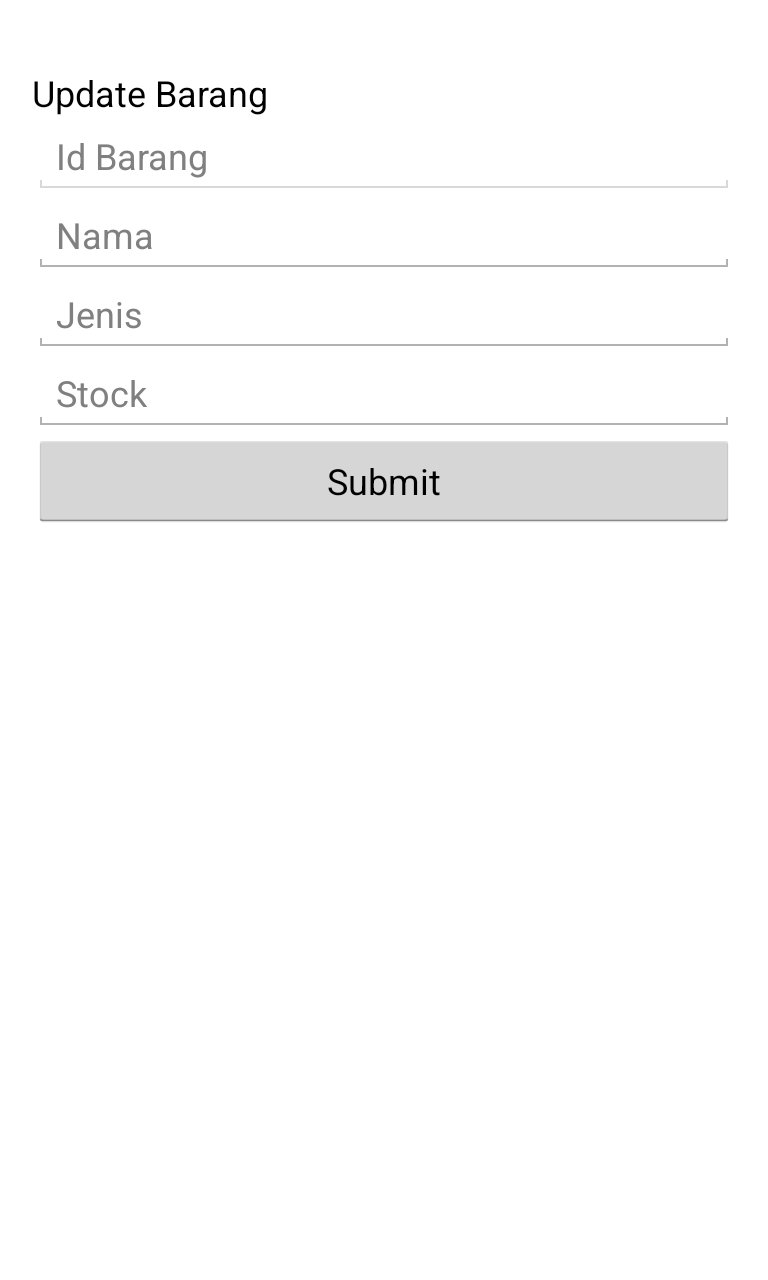
Repository: kisahtegar/UnipiLabs
Layout: GudangKisah/res/layout/activity_update_data.xml
These files come from the project's save history. The layout is drawn as it stood at one moment and after a run of saves; the edit follows.
It is drawn on a 768 x 1280 px phone screen (xhdpi) without system bars, with theme AppTheme; the app's code is not run.

Above is the layout before, as saved 2024-07-31 04:37:11.

### GudangKisah/res/layout/activity_update_data.xml
<!-- activity_update_data.xml -->
<LinearLayout xmlns:android="http://schemas.android.com/apk/res/android"
    android:layout_width="match_parent"
    android:layout_height="match_parent"
    android:orientation="vertical"
    android:padding="16dp">

    <TextView
        android:id="@+id/textView1"
        android:layout_width="wrap_content"
        android:layout_height="wrap_content"
        android:textAppearance="?android:attr/textAppearanceMedium"
        android:layout_marginTop="18dp"
        android:text="@string/update_barang" />

    <EditText
        android:id="@+id/id_barang"
        android:layout_width="match_parent"
        android:layout_height="wrap_content"
        android:hint="@string/id_barang"
        android:enabled="false" />

    <EditText
        android:id="@+id/nama"
        android:layout_width="match_parent"
        android:layout_height="wrap_content"
        android:hint="@string/nama" />

    <EditText
        android:id="@+id/jenis"
        android:layout_width="match_parent"
        android:layout_height="wrap_content"
        android:hint="@string/jenis"/>

    <EditText
        android:id="@+id/stock"
        android:layout_width="match_parent"
        android:layout_height="wrap_content"
        android:hint="@string/stock"/>

    <Button
        android:id="@+id/submit_button"
        android:layout_width="match_parent"
        android:layout_height="wrap_content"
        android:text="@string/submit"/>

</LinearLayout>

### GudangKisah/res/values/strings.xml
<?xml version="1.0" encoding="utf-8"?>
<resources>

    <string name="app_name">GudangKisah</string>
    <string name="action_settings">Settings</string>
    <string name="hello_world">Hello world!</string>

    <string name="tambah_barang">Tambah Barang</string>
    <string name="update_barang">Update Barang</string>
    <string name="tambah_data">Tambah Data</string>
    <string name="id_barang">Id Barang</string>
    <string name="nama">Nama</string>
    <string name="jenis">Jenis</string>
    <string name="stock">Stock</string>
    <string name="submit">Submit</string>
</resources>

Loaded but not shown: GudangKisah/res/values/styles.xml (common file); GudangKisah/res/values-v11/styles.xml (common file); GudangKisah/res/values-v14/styles.xml (common file)

After the next 2 saves:
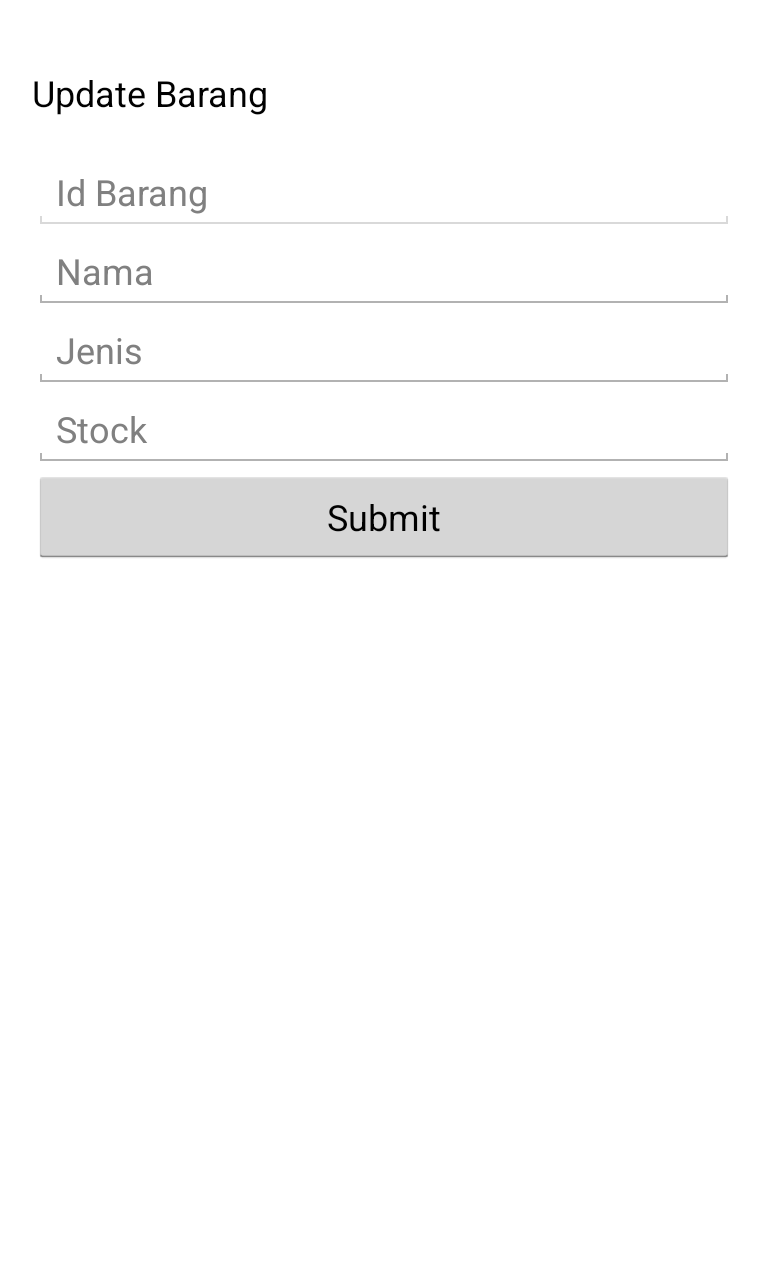
The 2 saves are shown as one change because they came seconds apart.
The last was saved 11 s later.
--- a/GudangKisah/res/layout/activity_update_data.xml
+++ b/GudangKisah/res/layout/activity_update_data.xml
@@ -11,6 +11,7 @@
         android:layout_height="wrap_content"
         android:textAppearance="?android:attr/textAppearanceMedium"
         android:layout_marginTop="18dp"
+        android:layout_marginBottom="18dp"
         android:text="@string/update_barang" />
 
     <EditText
